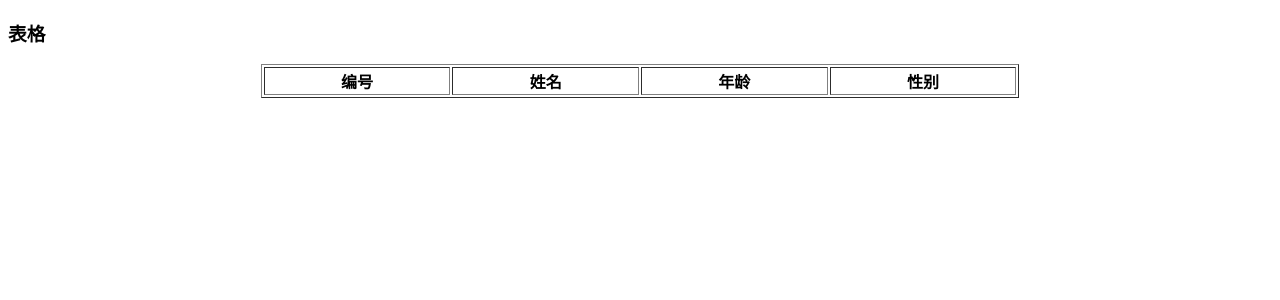
Repository: qyl1006/JavaApps
Page: workspace/html/WebContent/hello/index01.html
The author's editor kept a copy of each file at every save. The page is drawn from the files as they stood at one save, then again after the next save.
The browser window is 1280 px wide. The pictures show the whole page.

Above is the page before, as saved 2018-02-09 12:09:44.

After the next save:
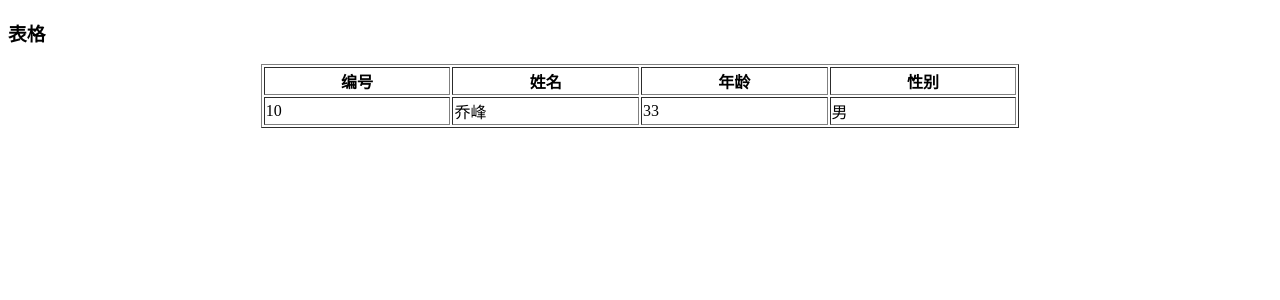
Saved 75 s later.
--- a/workspace/html/WebContent/hello/index01.html
+++ b/workspace/html/WebContent/hello/index01.html
@@ -22,7 +22,12 @@
 			<th>年龄</th>
 			<th>性别</th>
 		</tr>
-
+		<tr>
+			<td>10</td>
+			<td>乔峰</td>
+			<td>33</td>
+			<td>男</td>
+		</tr>
 	</table>
 </body>
 </html>
